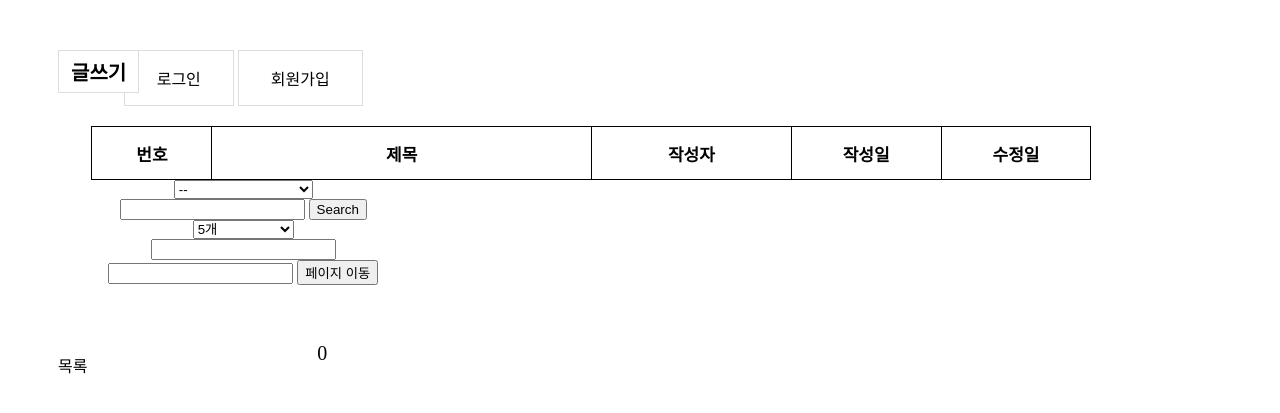
Repository: Shim-YoungDo/gaea-study
Page: http://localhost/study/WEB-INF/views/board/list.jsp
The author's editor kept a copy of each file at every save. The page is drawn from the files as they stood at one save, then again after the next save.
The browser window is 1280 px wide. The pictures show the whole page.
The page is served by Tomcat 9. Nobody is signed in. The template is opened directly, without the code that normally fills it, so the values that code supplies are empty.

Above is the page before, as saved 2021-12-08 05:12:30.

After the next save:
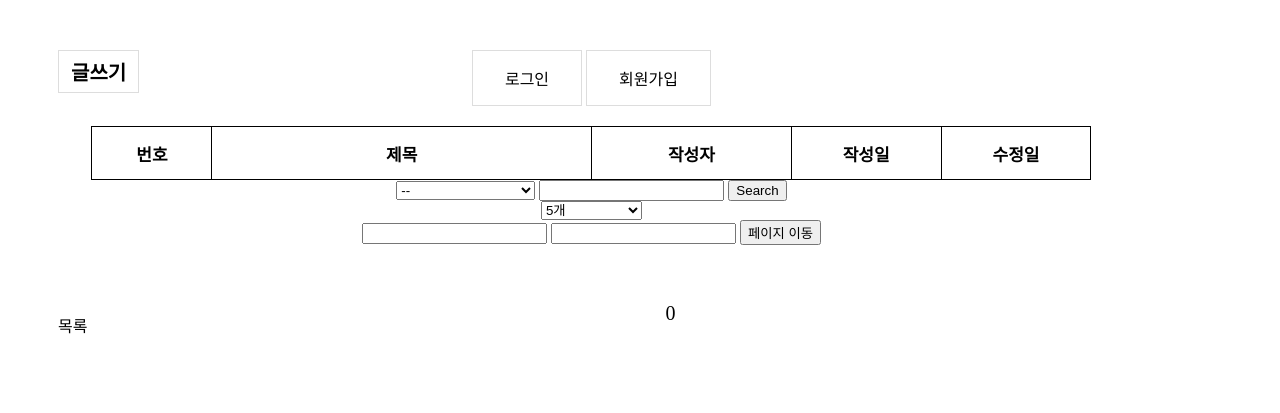
Saved 51 s later.
--- a/study/src/main/webapp/resources/css/board/list.css
+++ b/study/src/main/webapp/resources/css/board/list.css
@@ -55,8 +55,7 @@
     font-weight: 500;
   }
   .login_area{
-	width:25%;
-	height:30%;
+
 	display:inline-block;
 	text-align:center;
 }

After the save that followed:
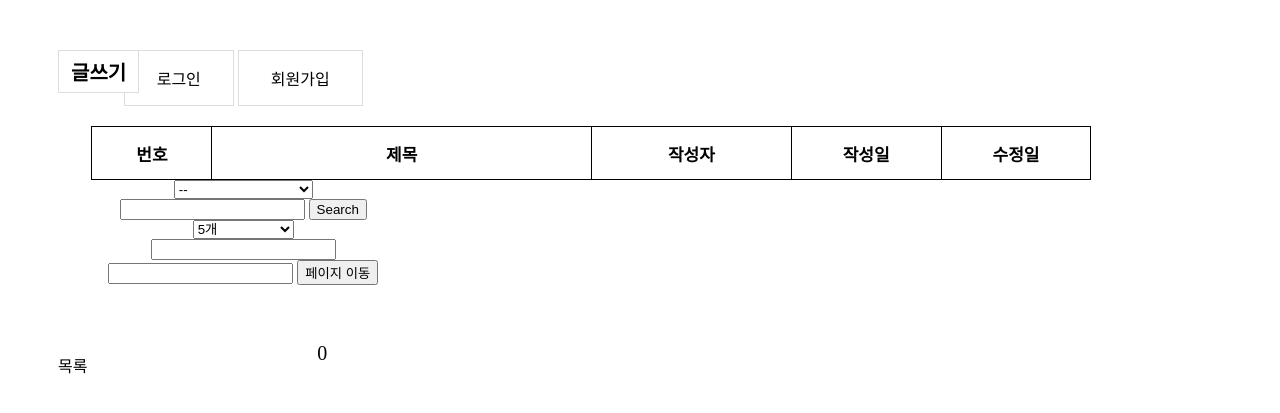
Saved 63 s later.
--- a/study/src/main/webapp/resources/css/board/list.css
+++ b/study/src/main/webapp/resources/css/board/list.css
@@ -55,7 +55,8 @@
     font-weight: 500;
   }
   .login_area{
-
+	width:25%;
+	height:30%;
 	display:inline-block;
 	text-align:center;
 }
